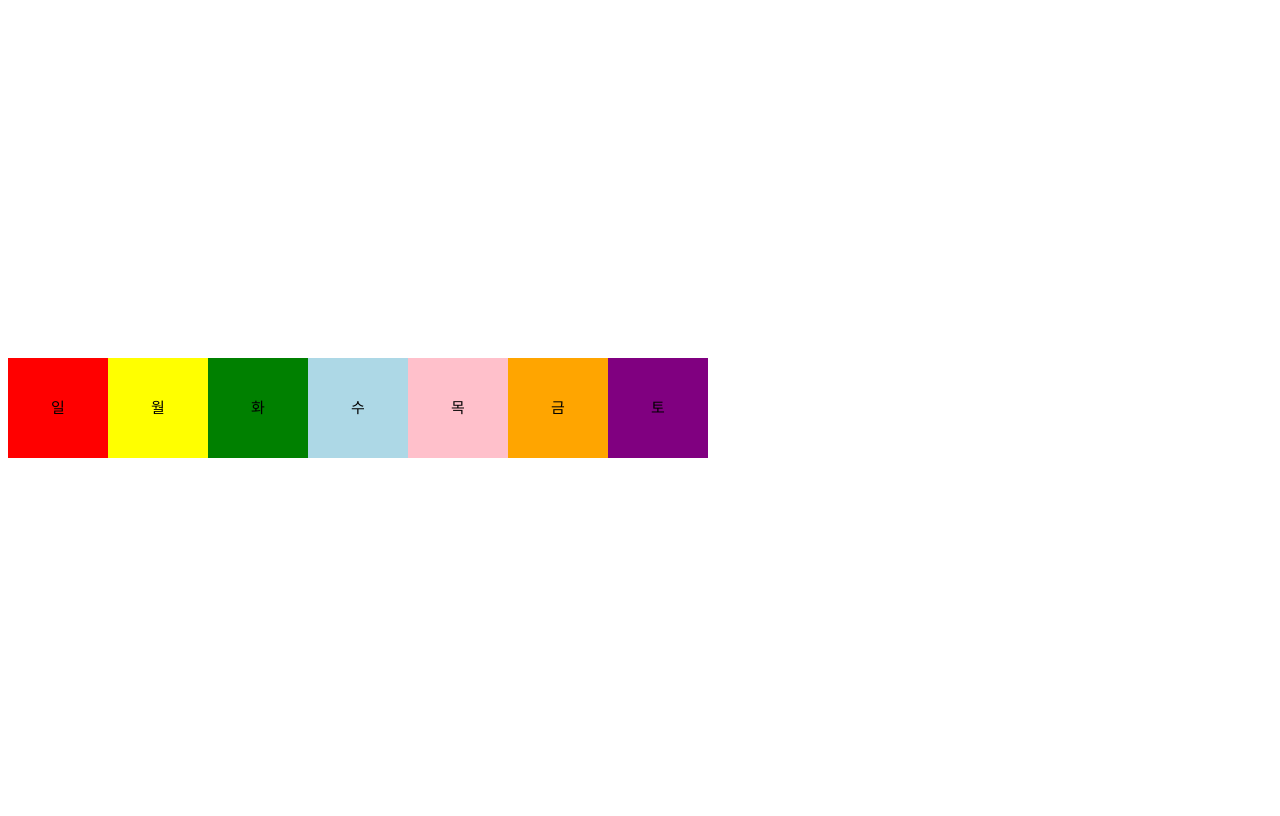
Repository: dhfkdlxm/Lecture-Web
Page: Lecture-Web/WebContent/jquery/homework/exam01.html
The author's editor kept a copy of each file at every save. The page is drawn from the files as they stood at one save, then again after the next save.
The browser window is 1280 px wide. The pictures show the whole page.

Above is the page before, as saved 2021-06-17 08:53:06.

### Lecture-Web/WebContent/jquery/homework/exam01.html
<!DOCTYPE html>
<html>
<head>
<meta charset="UTF-8">
<title>Insert title here</title>
<style type="text/css">

body {
	height : 800px;
	display : flex;
	align-items : center;
}
/*
#week {
	position: absolute;
	top: 50%;
	left: 20%
}
*/

div div {
	position:relative;
	width: 100px;
	height: 100px;
	float: left;
	font-size: 15px;
	font-weight: 2px;
	text-align: center;
	padding: auto;
	line-height: 100px;
	text-align: center;
}

#sun {
	background-color: red
}

#mon {
	background-color: yellow;
}

#tue {
	background-color: green;
}

#wed {
	background-color: lightblue;
}

#thu {
	background-color: pink;
}

#fir {
	background-color: orange;
}

#sat {
	background-color: purple;
}
</style>
<script type="text/javascript"
	src="/Lecture-Web/jquery/js/jquery-3.6.0.min.js"></script>
<script type="text/javascript">
	$(document).ready(function() {
		$('div div').hover(function() {
			//마우스 들어갈때
			//효과 : 크기 width height +50, 글씨 변경(수 → 수요일)
			let week = $(this).html() + '요일'
			$(this).html('<strong>' + week + '</strong>')
			$(this).animate({
				width : '+=50px',
				height : '+=50px',
				'line-height' : '+=50px',
				'font-size' : '20px'
			}, 300)
		}, function() {
			//마우스 나갈대
			let week = $(this).text().substr(0, 1)
			$(this).html(week)
			$(this).animate({
				width : '-=50px',
				height : '-=50px',
				'line-height' : '-=50px',
				'font-size' : '15px'
			}, 300)
		})
	})
</script>
</head>
<body>
	<div id="week">
		<div id="sun">일</div>
		<div id="mon">월</div>
		<div id="tue">화</div>
		<div id="wed">수</div>
		<div id="thu">목</div>
		<div id="fir">금</div>
		<div id="sat">토</div>
	</div>
</body>
</html>

Loaded but not shown: Lecture-Web/WebContent/jquery/js/jquery-3.6.0.min.js (library)

After the next save:
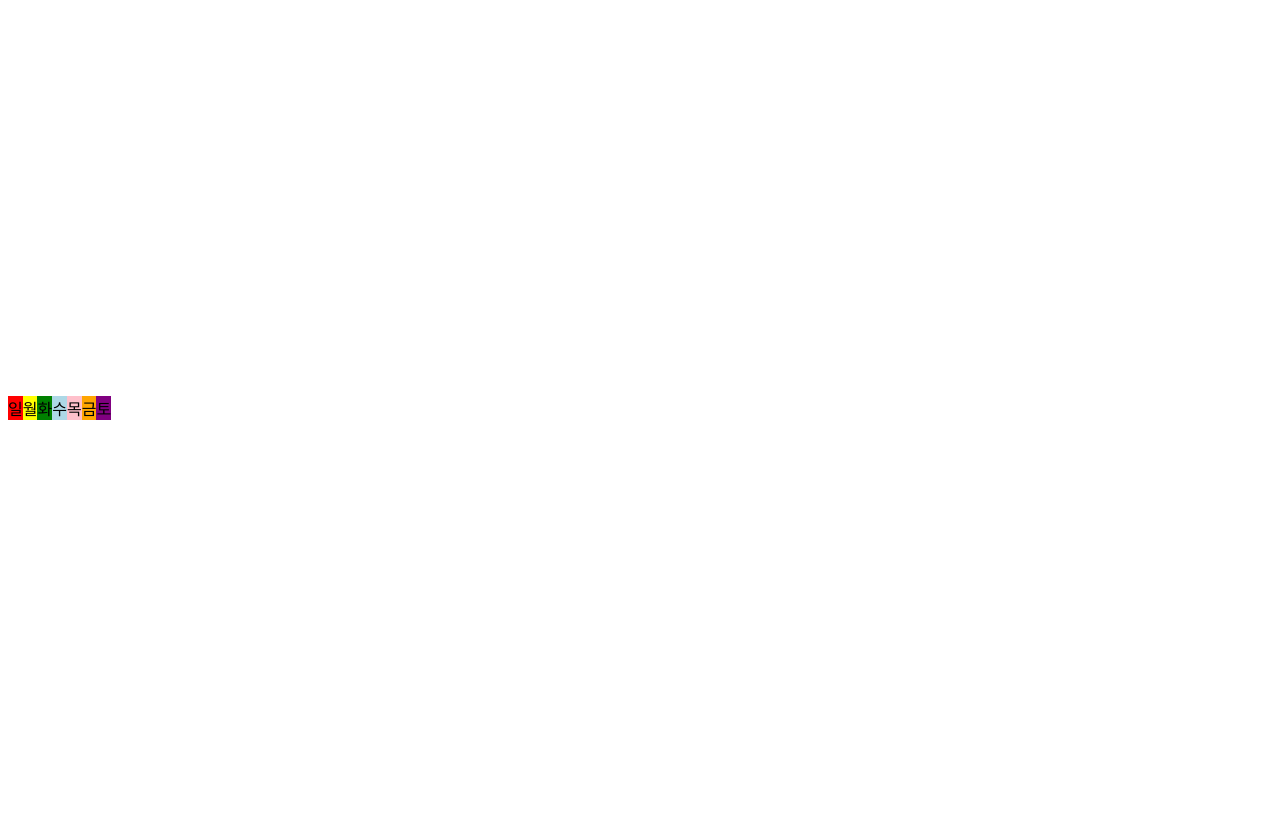
Saved 48 s later.
--- a/Lecture-Web/WebContent/jquery/homework/exam01.html
+++ b/Lecture-Web/WebContent/jquery/homework/exam01.html
@@ -89,7 +89,7 @@ div div {
 </script>
 </head>
 <body>
-	<div id="week">
+
 		<div id="sun">일</div>
 		<div id="mon">월</div>
 		<div id="tue">화</div>
@@ -97,6 +97,6 @@ div div {
 		<div id="thu">목</div>
 		<div id="fir">금</div>
 		<div id="sat">토</div>
-	</div>
+
 </body>
 </html>

After the save that followed:
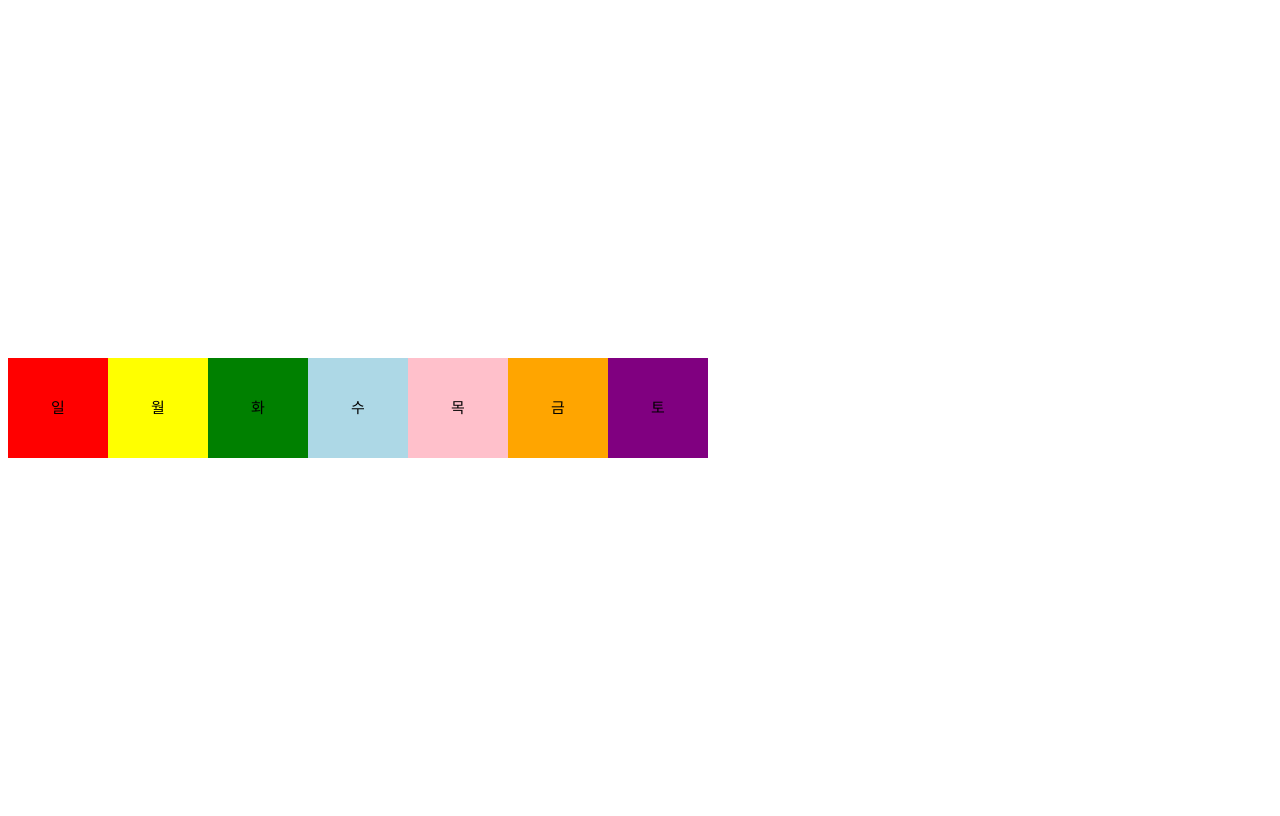
Saved 23 s later.
--- a/Lecture-Web/WebContent/jquery/homework/exam01.html
+++ b/Lecture-Web/WebContent/jquery/homework/exam01.html
@@ -18,7 +18,7 @@ body {
 }
 */
 
-div div {
+ div {
 	position:relative;
 	width: 100px;
 	height: 100px;
